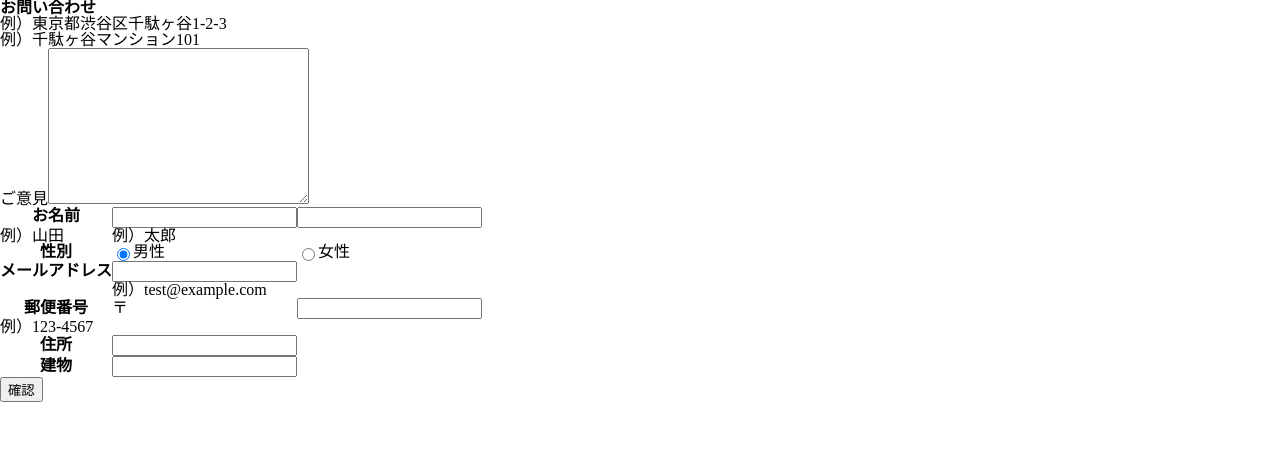
Repository: 1000sky/20220728majima
Page: http://localhost/contact
The author's editor kept a copy of each file at every save. The page is drawn from the files as they stood at one save, then again after the next save.
The browser window is 1280 px wide. The pictures show the whole page.
The page is served by the project's Laravel application, run on PHP 8.4 with Laravel 8. Queries for data that is not in the repository find no rows.

Above is the page before, as saved 2022-07-28 00:05:02.

After the next save:
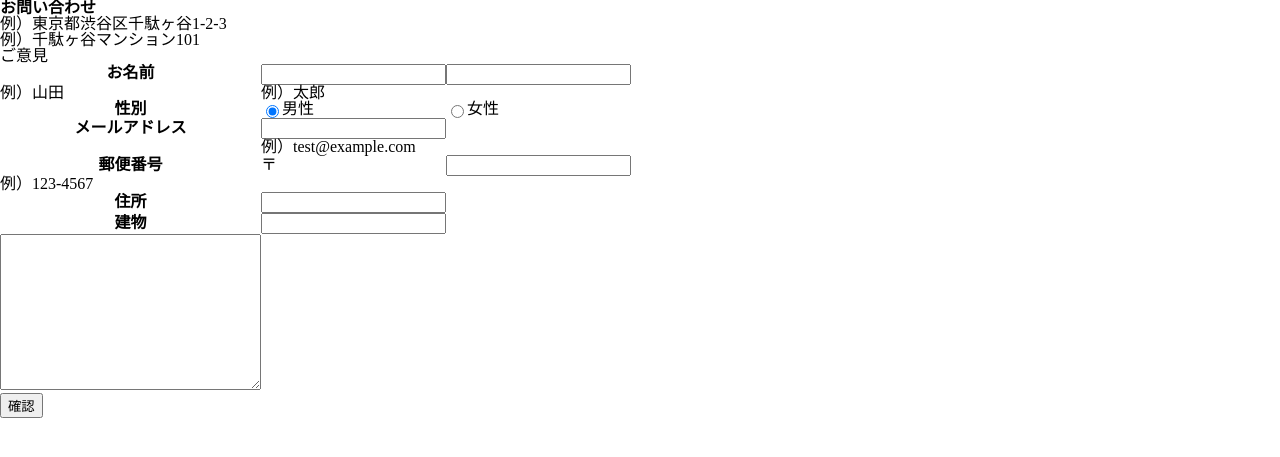
Saved 17 s later.
--- a/advance-test/resources/views/contact.blade.php
+++ b/advance-test/resources/views/contact.blade.php
@@ -97,7 +97,7 @@
         </tr>
 
         <tr><label for="">ご意見</tr>
-           <textarea name="opinion" cols="30" rows="10"></textarea>
+        <td><textarea name="opinion" cols="30" rows="10"></textarea></td>
         </label>
         </tr>
       </table>
